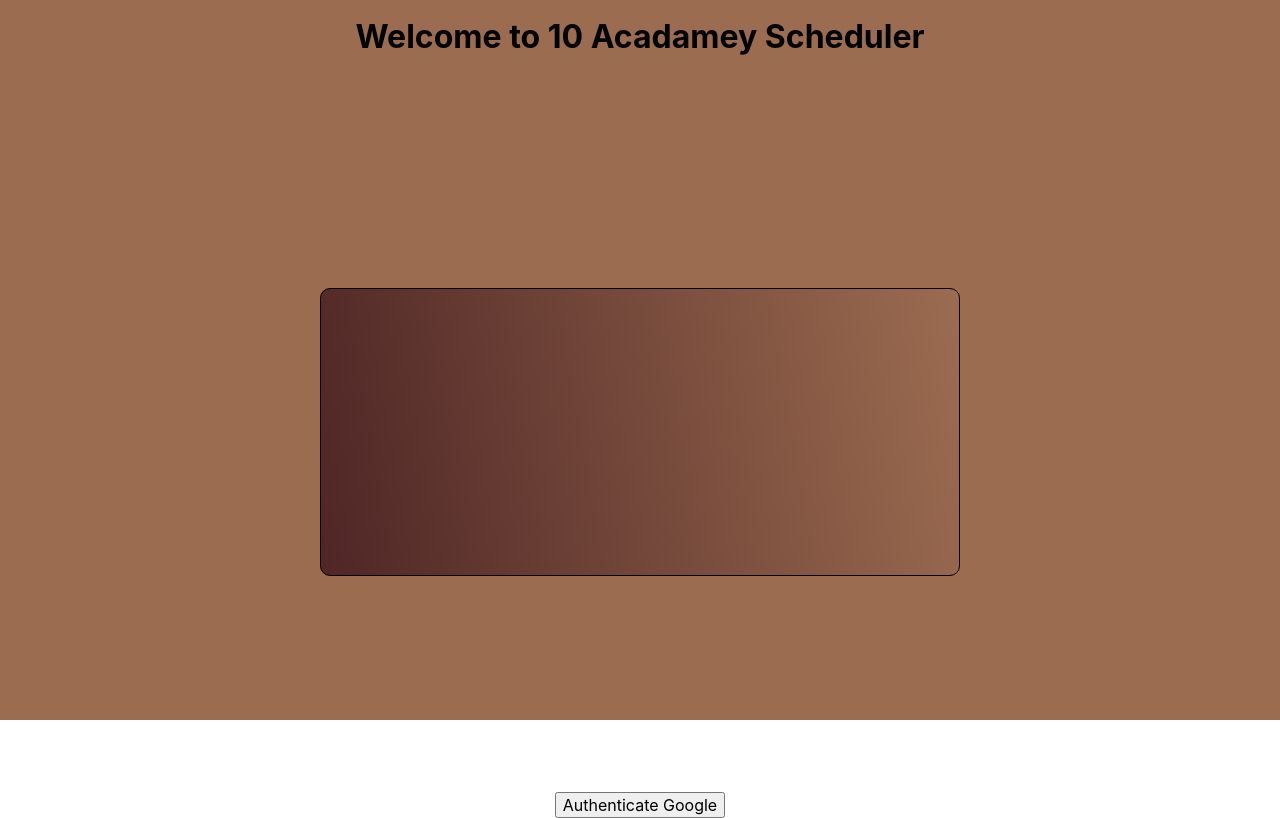
Repository: nebilarega/calendar-extractor
Page: / (app in frontend/)
An editor plug-in stored every save of this project. The page is shown before and after the next save, followed by the edit.
The browser window is 1280 px wide. The pictures show the whole page.
The project was rebuilt for these pictures with package versions that can differ from the ones it lists, and the page was loaded fresh each time.

Above is the page before, as saved 2022-08-24 23:30:19.

### frontend/src/App.js
import "./App.css";
import { GoogleOAuthProvider } from "@react-oauth/google";
import { GoogleLogin } from "@react-oauth/google";
import { useState } from "react";
import axios from "axios";

import LandingPage from "./component/LandingPage";

const sampleData = {
  submmary: "Nebil this is a new event",
  description: "A chance to hear more about Google's developer products.",
  location: "800 Howard St., San Francisco, CA 94103",
  start: "August 23, 2022 8:00 AM UTC",
  end: "August 23, 2022 9:00 AM UTC",
  hangoutLink: "meet.google.com/ysb-kjdn-hpp",
};
const App = () => {
  let url;
  const [disabled, setDisabled] = useState(false);
  const responseGoogle = (response) => {
    const code = response;
    axios
      .post("/api/create-tokens", code)
      .then((response) => {
        console.log("response", response.data);
      })
      .catch((error) => {
        console.log(error);
      });
  };
  const responseError = (response) => {
    console.log(response);
  };
  const getUrl = () => {
    axios.get("/api/create-token-v2").then((response) => {
      url = response.data.url;
      if (url) {
        setDisabled(true);
      }
      window.open(url, "_blank");
    });
  };
  const handleClick = () => {
    axios.post("/api/create-events", sampleData).then((response) => {
      console.log("response", response.data);
    });
  };
  return (
    <div className="App" style={{ height: "100vh" }}>
      <LandingPage
        disabled={disabled}
        getUrl={getUrl}
        handleClick={handleClick}
      ></LandingPage>
    </div>
  );
};

export default App;

### frontend/src/App.css
.App {
  text-align: center;
}

.App-logo {
  height: 40vmin;
  pointer-events: none;
}

@media (prefers-reduced-motion: no-preference) {
  .App-logo {
    animation: App-logo-spin infinite 20s linear;
  }
}

.App-header {
  background-color: #282c34;
  min-height: 100vh;
  display: flex;
  flex-direction: column;
  align-items: center;
  justify-content: center;
  font-size: calc(10px + 2vmin);
  color: white;
}

.App-link {
  color: #61dafb;
}

@keyframes App-logo-spin {
  from {
    transform: rotate(0deg);
  }
  to {
    transform: rotate(360deg);
  }
}
.center {
  display: flex;
  justify-content: center;
  align-items: center;
}
.academy {
  width: 100%;
  height: 50vh;
  border-radius: 10px;
  display: flex;
  flex-direction: column;
  justify-content: space-between;
  align-items: center;
  /* margin-left: 10%; */
  /* margin-right: 10%; */
}
.academy-calendar {
  margin-top: 20%;
  font-size: 30px;
}

### frontend/src/component/LandingPage.js
import "../css/landing.css";

const LandingPage = ({ disabled, handleClick, getUrl }) => {
  return (
    <div className="main">
      <header className="header">
        <span className="title"> Welcome to 10 Acadamey Scheduler</span>
      </header>
      <main className="body">
        <div className="card"></div>
      </main>
      <div className="footer">
        {!disabled ? (
          <div>
            <button className="google__api" onClick={getUrl}>
              Authenticate Google
            </button>
          </div>
        ) : (
          <div>
            <button className="post__event" onClick={handleClick}>
              Post Event
            </button>
          </div>
        )}
      </div>
    </div>
  );
};

export default LandingPage;

### frontend/src/css/landing.css
/* Box sizing rules */
*,
*::before,
*::after {
  box-sizing: border-box;
}

/* Remove default margin */
body,
h1,
h2,
h3,
h4,
p,
figure,
blockquote,
dl,
dd {
  margin: 0;
}

/* Remove list styles on ul, ol elements with a list role, which suggests default styling will be removed */
ul[role="list"],
ol[role="list"] {
  list-style: none;
}

/* Set core root defaults */
html:focus-within {
  scroll-behavior: smooth;
}

/* A elements that don't have a class get default styles */
a:not([class]) {
  text-decoration-skip-ink: auto;
}

/* Make images easier to work with */
img,
picture {
  max-width: 100%;
  display: block;
}

/* Inherit fonts for inputs and buttons */
input,
button,
textarea,
select {
  font: inherit;
}

/* The remaining page */
.main {
  width: 100%;
  height: 100%;
  background-color: #9b6c50;
}
.header {
  width: 100%;
  height: 10vh;
  background-image: linear-gradient();
  background-color: "cyan";
  display: flex;
  justify-content: center;
  align-items: center;
}
.title {
  font-size: 2rem;
  font-weight: bold;
  color: "yellow";
}
.body {
  width: 100%;
  height: 100%;
  background-color: "gray";
  display: flex;
  justify-content: center;
  align-items: center;
}
.card {
  width: 50%;
  height: 40%;
  border: 1px solid black;
  display: flex;
  border: 1px solid black;
  border-radius: 10px;
  justify-content: center;
  align-items: center;
  background-image: linear-gradient(260deg, #9b6c50 0%, #4f2626 100%);
}

Loaded but not shown: frontend/public/index.html (common file); frontend/src/index.js (common file); frontend/src/index.css (common file)

After the next save:
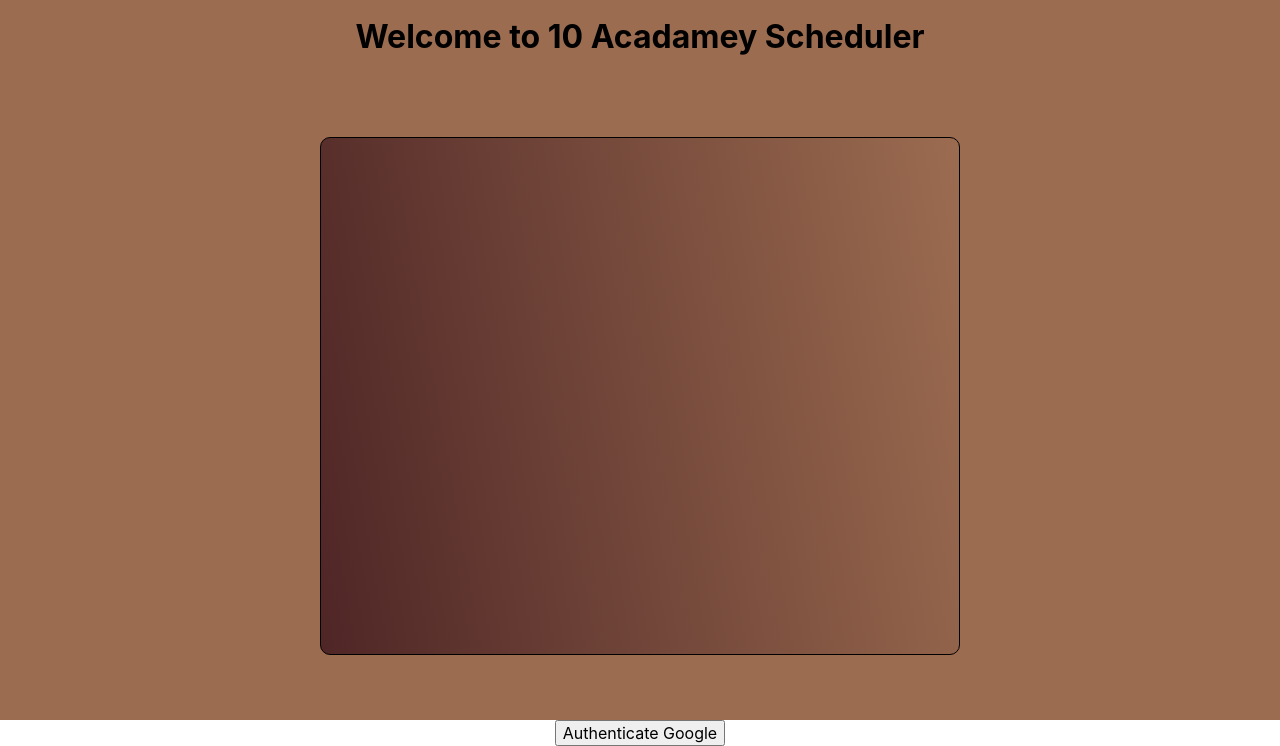
Saved 21 s later.
--- a/frontend/src/css/landing.css
+++ b/frontend/src/css/landing.css
@@ -72,7 +72,7 @@
 }
 .body {
   width: 100%;
-  height: 100%;
+  height: 90vh;
   background-color: "gray";
   display: flex;
   justify-content: center;
@@ -80,7 +80,7 @@
 }
 .card {
   width: 50%;
-  height: 40%;
+  height: 80%;
   border: 1px solid black;
   display: flex;
   border: 1px solid black;
